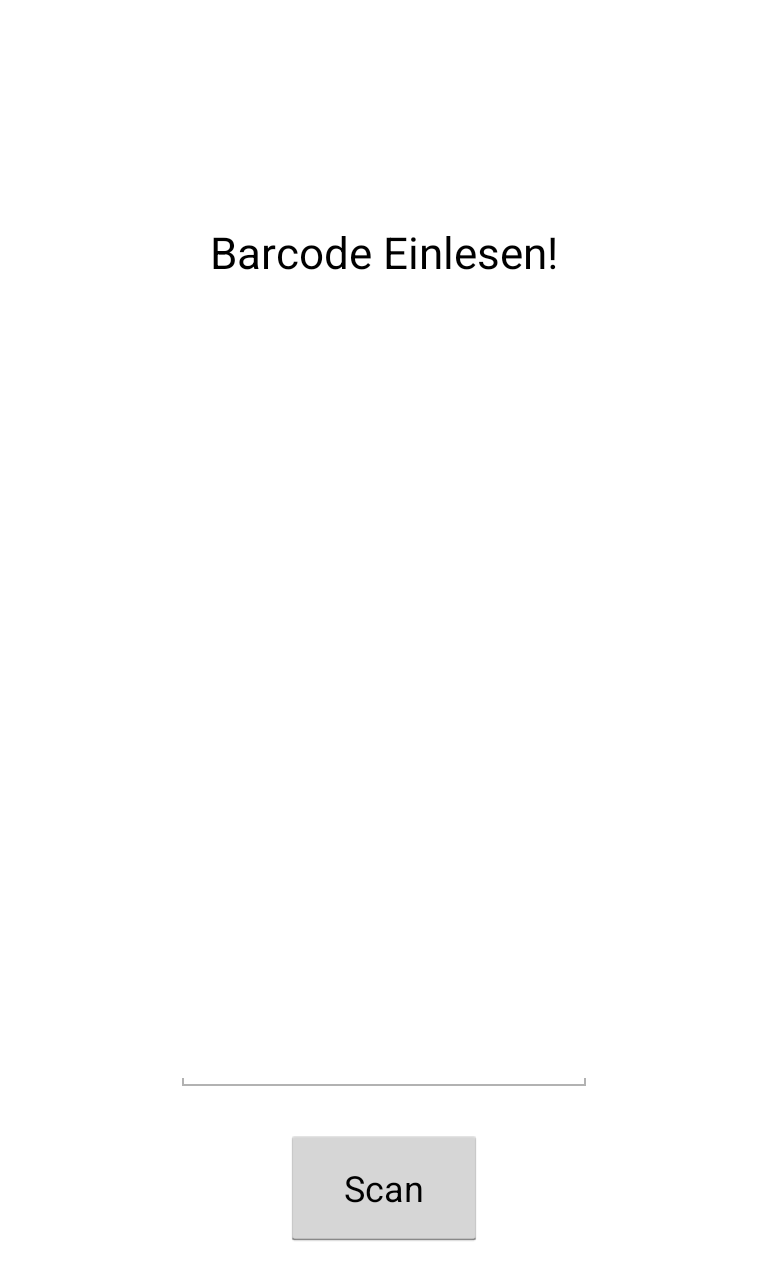
Repository: MarcoRieger/sw14_free_04_new
Layout: RWDMember/res/layout/fragment_barcode_reader.xml
An editor plug-in stored every save of this project. The layout is shown before and after the next save, followed by the edit.
It is drawn on a 768 x 1280 px phone screen (xhdpi) without system bars, with theme AppTheme; the app's code is not run.

Above is the layout before, as saved 2014-06-17 13:42:02.

After the next save:
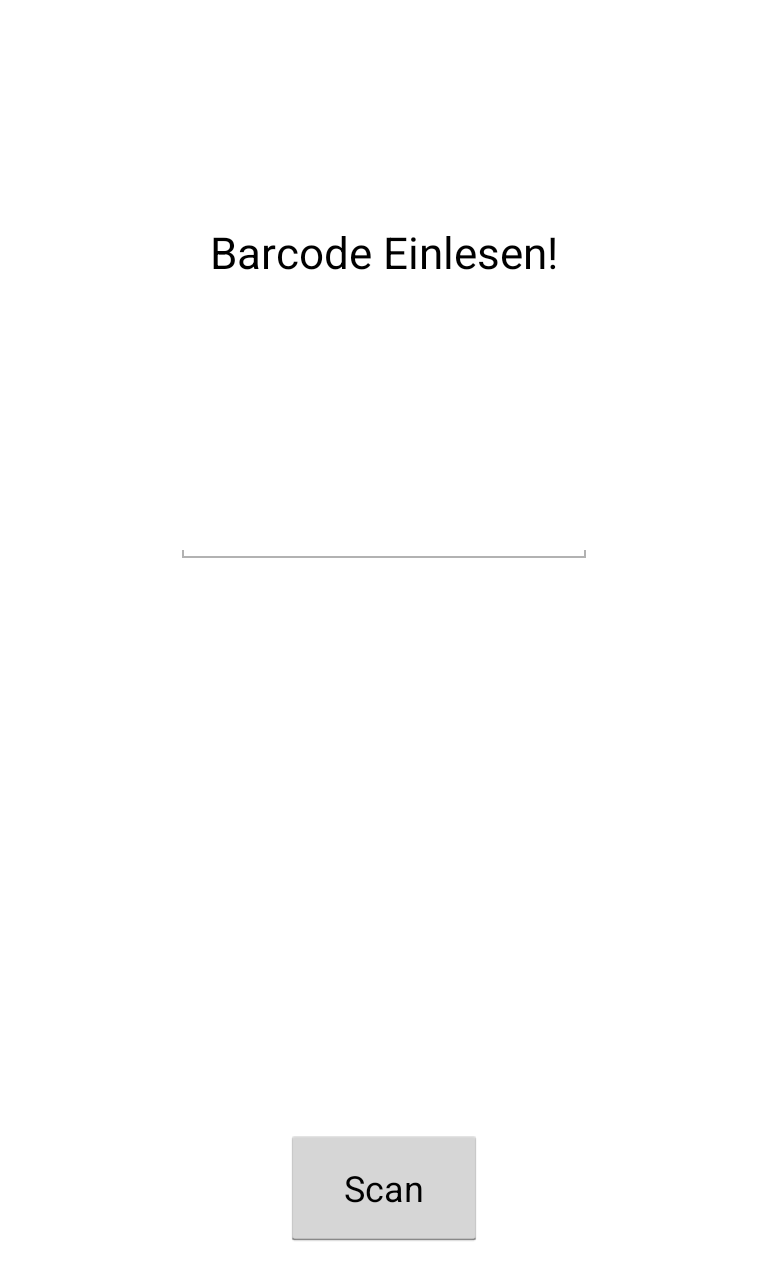
Saved 6 s later.
--- a/RWDMember/res/layout/fragment_barcode_reader.xml
+++ b/RWDMember/res/layout/fragment_barcode_reader.xml
@@ -17,20 +17,6 @@
         android:onClick="scanBarcode"
         android:text="Scan" />
 
-    <EditText
-        android:id="@+id/etBarcode"
-        android:layout_width="wrap_content"
-        android:layout_height="wrap_content"
-        android:layout_above="@+id/buttonScan"
-        android:layout_centerHorizontal="true"
-        android:layout_marginBottom="17dp"
-        android:ems="10"
-        android:clickable="false"
-        android:cursorVisible="false"
-        android:focusable="false"
-        android:focusableInTouchMode="false"
-        android:inputType="number" />
-
     <TextView
         android:id="@+id/textView1"
         android:layout_width="wrap_content"
@@ -41,4 +27,18 @@
         android:text="Barcode Einlesen!"
         android:textAppearance="?android:attr/textAppearanceLarge" />
 
+    <EditText
+        android:id="@+id/etBarcode"
+        android:layout_width="wrap_content"
+        android:layout_height="wrap_content"
+        android:layout_below="@+id/textView1"
+        android:layout_centerHorizontal="true"
+        android:layout_marginTop="103dp"
+        android:clickable="false"
+        android:cursorVisible="false"
+        android:ems="10"
+        android:focusable="false"
+        android:focusableInTouchMode="false"
+        android:inputType="number" />
+
 </RelativeLayout>
